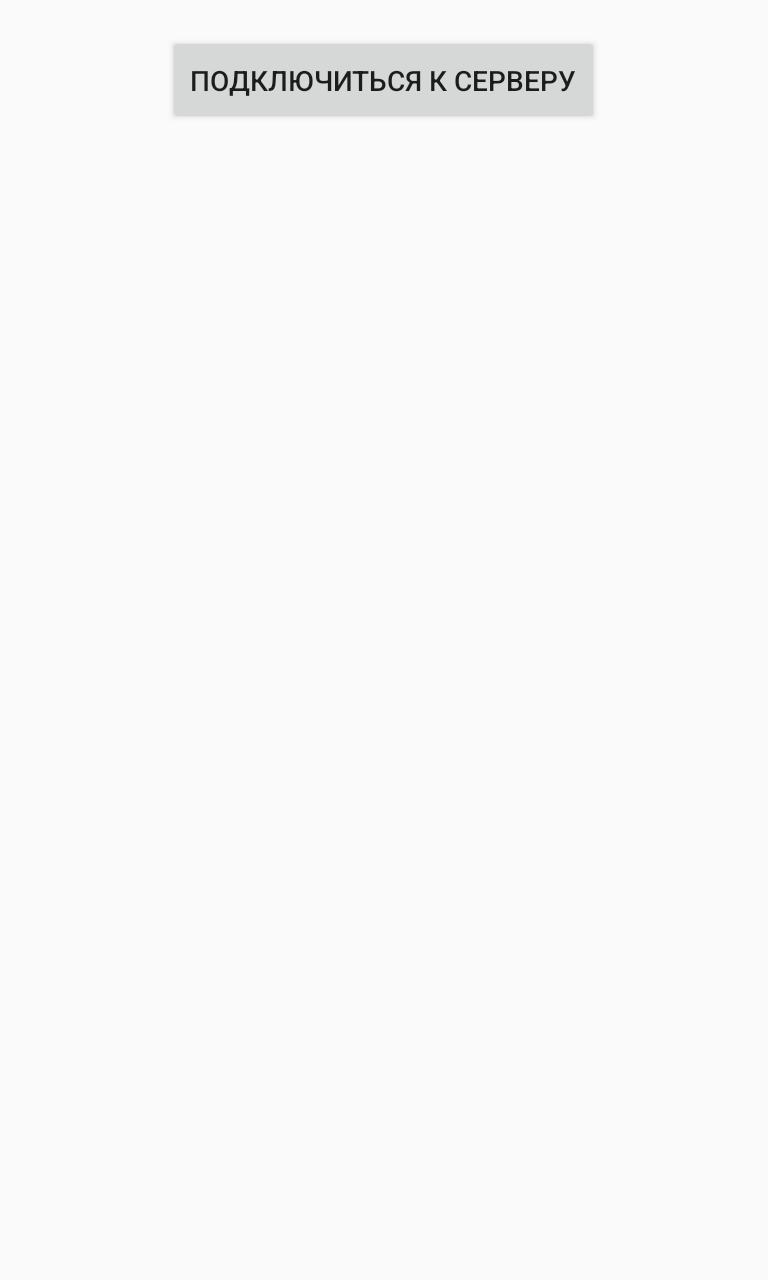
Repository: Laboratory711/Nightjar
Layout: android/Nightjar/workspace/Nightjar/res/layout/fragment_lab1.xml
The author's editor kept a copy of each file at every save. The layout is drawn from the files as they stood at one save, then again after the next save.
It is drawn on a 768 x 1280 px phone screen (xhdpi) without system bars, with theme AppTheme; the app's code is not run.

Above is the layout before, as saved 2014-03-29 19:01:32.

After the next save:
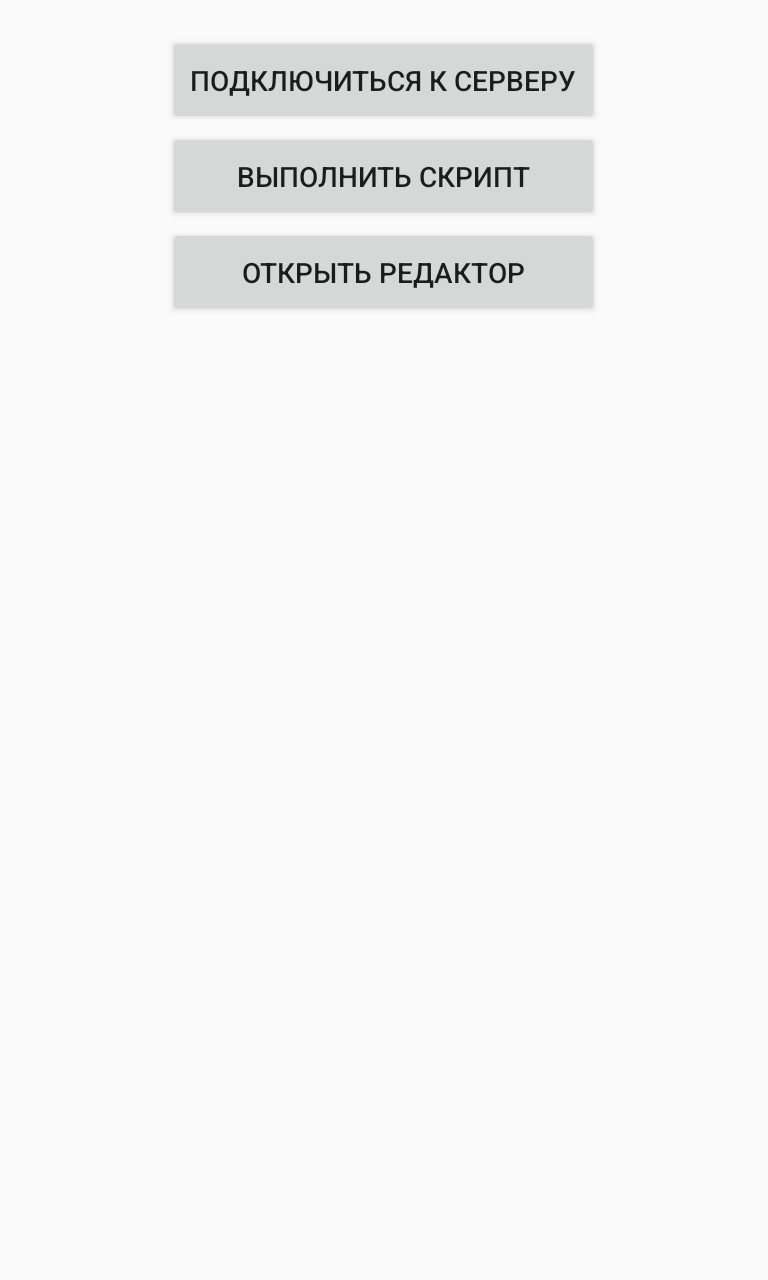
Saved 2 h 41 min later.
--- a/android/Nightjar/workspace/Nightjar/res/layout/fragment_lab1.xml
+++ b/android/Nightjar/workspace/Nightjar/res/layout/fragment_lab1.xml
@@ -17,7 +17,7 @@
         android:layout_below="@+id/button2"
         android:onClick="onClicNP"
         android:text="@string/text_buttom4_Name"
-        android:visibility="invisible" />
+        android:visibility="visible" />
 
     <Button
         android:id="@+id/button2"
@@ -28,7 +28,7 @@
         android:layout_below="@+id/button1"
         android:onClick="onClickBL"
         android:text="@string/text_buttom2_Name"
-        android:visibility="invisible" />
+        android:visibility="visible" />
 
     <Button
         android:id="@+id/button1"
